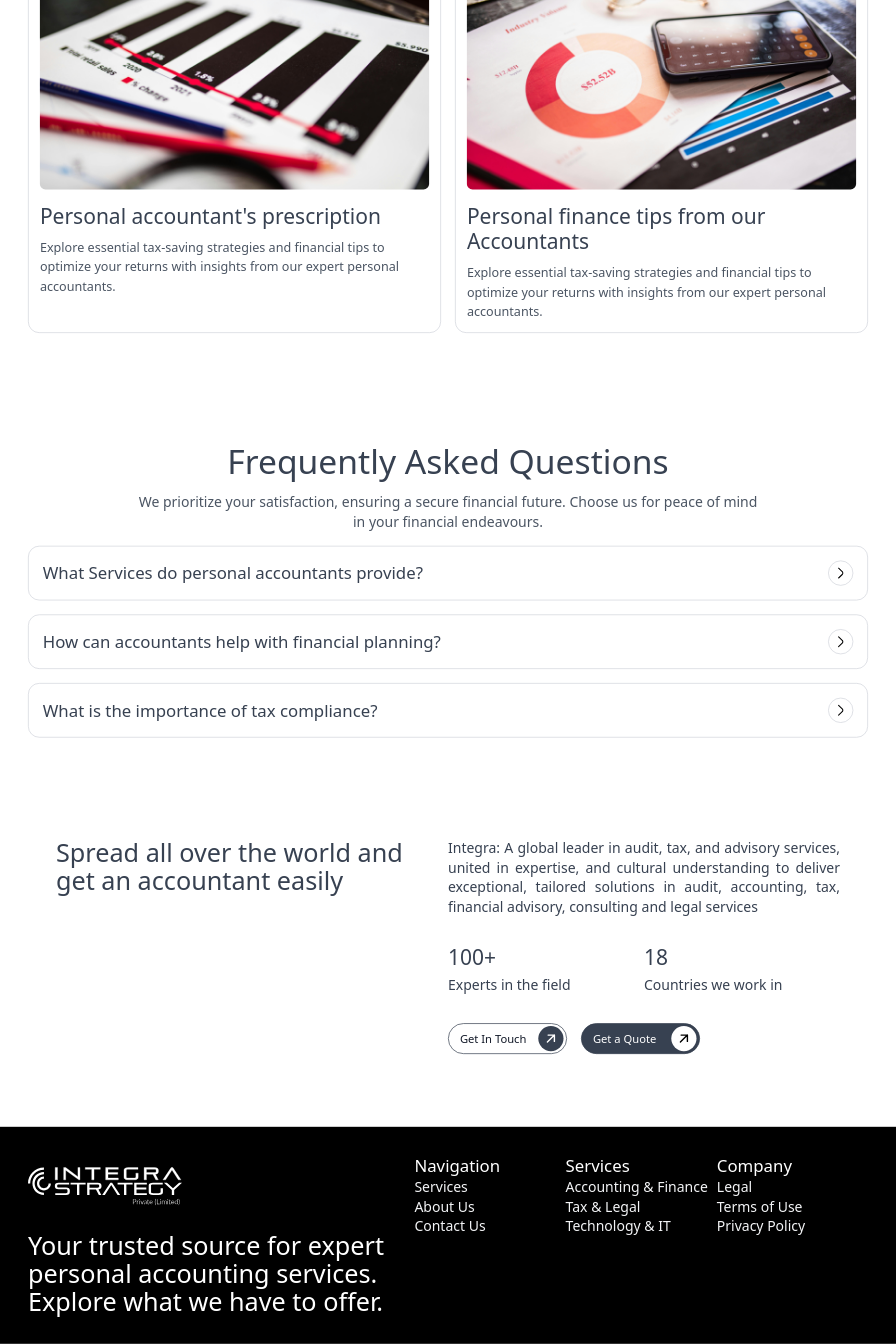
Repository: vespersolutionspk18/integrast-website
Page: /
The author's editor kept a copy of each file at every save. The page is drawn from the files as they stood at one save, then again after the next save.
The browser window is 1280 px wide. The pictures show the part of the page from y = 2754 to 4674 px (the page is 4674 px tall), at 70% of full size.
The project was rebuilt for these pictures with package versions that can differ from the ones it lists, and the page was loaded fresh each time. The framework's server and built-in components were replaced by stand-ins that run in the browser. Also part of the build but not shown: next.config.ts.

Above is the page before, as saved 2024-12-12 15:29:28.

After the next save:
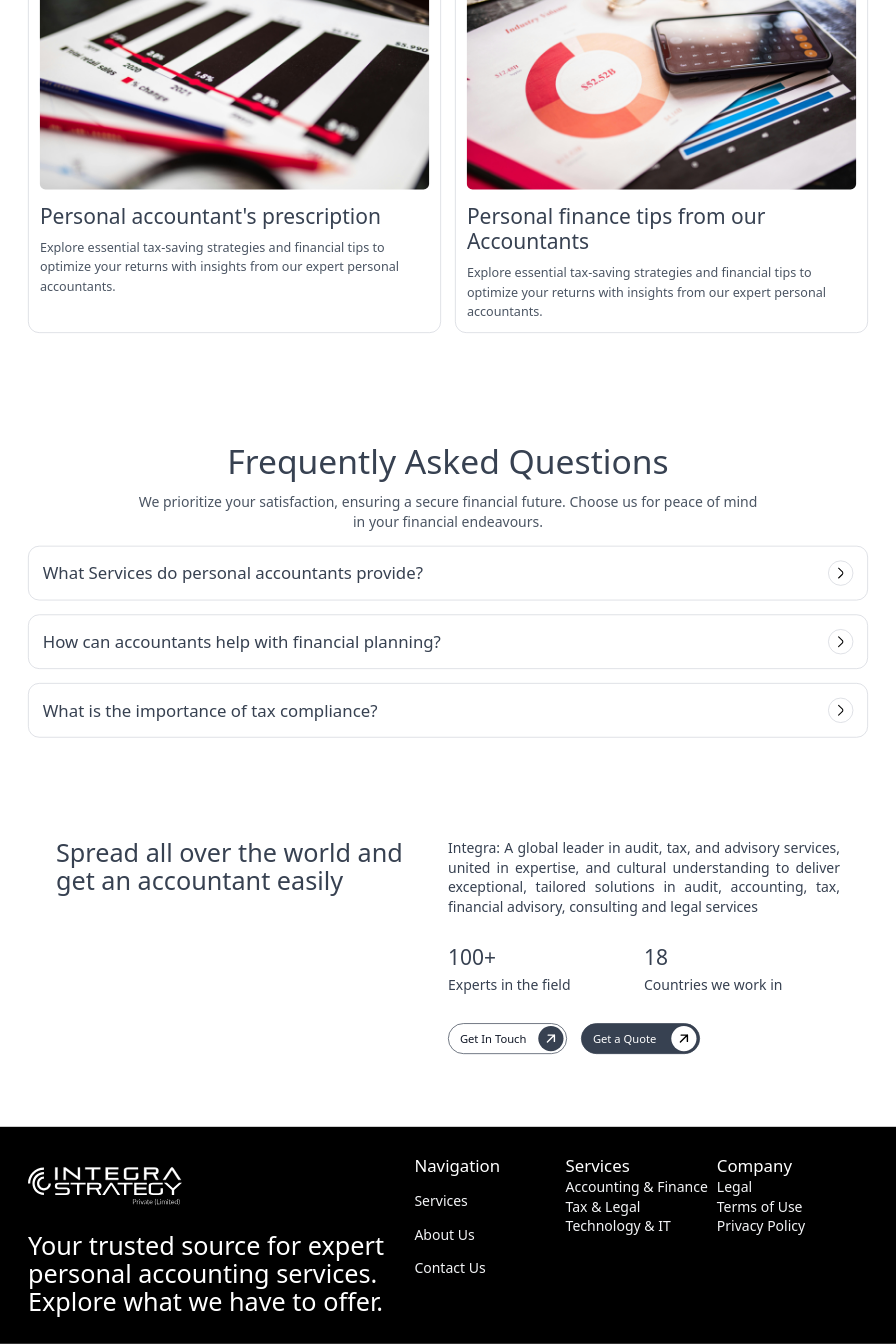
Saved 25 s later.
--- a/app/Footer.tsx
+++ b/app/Footer.tsx
@@ -11,10 +11,10 @@ const Footer = () => {
         </div>
         <div className="w-[18%] flex flex-col font-sans font-light">
         <p className="text-white text-2xl">Navigation</p>
-        <ul className="text-gray-100 text-xl gap-5">
-        <li>Services</li>
-        <li>About Us</li>
-        <li>Contact Us</li>
+        <ul className="text-gray-100 text-xl">
+        <li className="mt-5">Services</li>
+        <li className="mt-5">About Us</li>
+        <li className="mt-5">Contact Us</li>
         </ul>
         </div>
         <div className="w-[18%] flex flex-col font-sans font-light">
